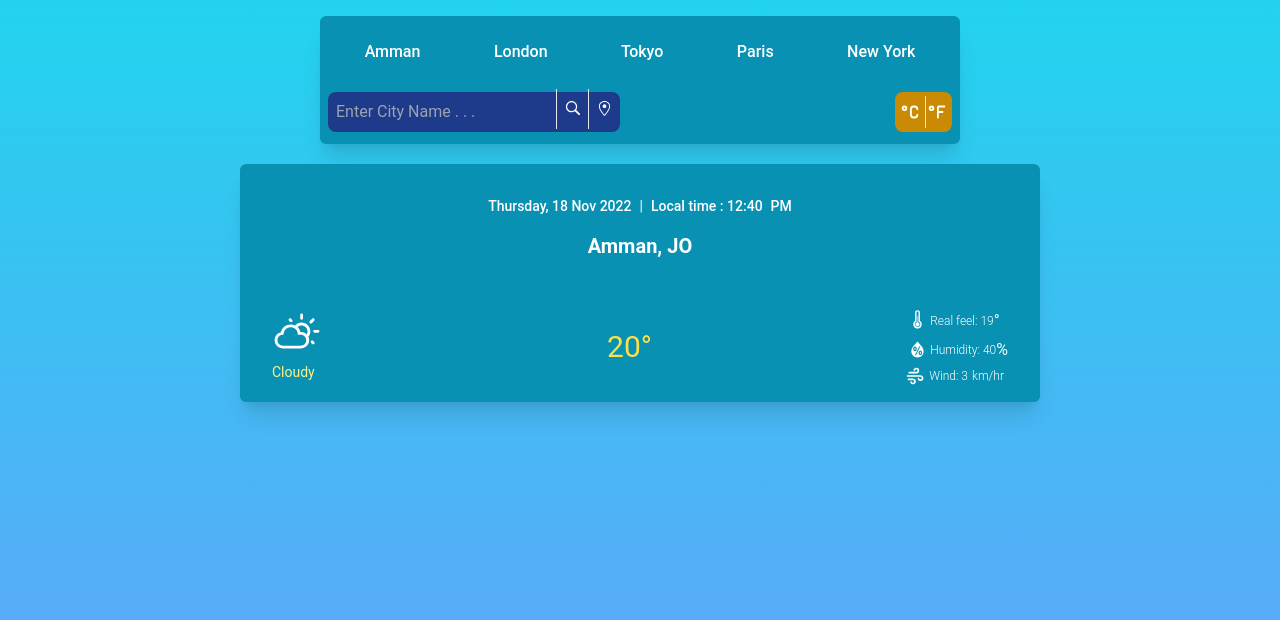
Repository: SaadYasin/next-js-forecast-tailwind
Page: /
An editor plug-in stored every save of this project. The page is shown before and after the next save, followed by the edit.
The browser window is 1280 px wide. The pictures show the whole page.
The project was rebuilt for these pictures with package versions that can differ from the ones it lists, and the page was loaded fresh each time. The framework's server and built-in components were replaced by stand-ins that run in the browser.

Above is the page before, as saved 2022-11-19 16:29:32.

### pages/index.js
import Head from 'next/head';
import TopButtons from '../components/TopButtons';
import Input from '../components/Input';
import MainCard from '../components/MainCard';

export default function Home() {
  return (
    <div>
      <Head>
        <title>Create Next App</title>
      </Head>
      <div className="bg-gradient-to-b from-cyan-400 to-blue-400 h-screen py-4">
        <div className="text-white w-[22.5rem] md:w-3/4 lg:w-[40rem] bg-cyan-600 h-32 mx-auto px-2 rounded-md shadow-xl">
          <TopButtons />

          <Input />

          <MainCard />
        </div>
      </div>
    </div>
  );
}

### styles/globals.css
@tailwind base;
@tailwind components;
@tailwind utilities;

* {
  padding: 0;
  margin: 0;
  box-sizing: border-box;
}

html,
body {
  /* font-family: -apple-system, BlinkMacSystemFont, Segoe UI, Roboto, Oxygen,
    Ubuntu, Cantarell, Fira Sans, Droid Sans, Helvetica Neue, sans-serif; */

  font-family: "Roboto", sans-serif;
}

### components/TopButtons.js
const TopButtons = () => {

  const cities = [
    {
      id: 1,
      name: "Amman"
    },
    {
      id: 2,
      name: "London"
    },
    {
      id: 3,
      name: "Tokyo"
    },
    {
      id: 4,
      name: "Paris"
    },
    {
      id: 5,
      name: "New York"
    },
  ]

  return (
    <div className="flex items-center justify-around ">
      { cities.map((city) => (
        <button key={city.id} className="text-md font-medium my-6">{ city.name }</button>
      ))}
    </div>

  )
};

export default TopButtons;

### components/Input.js
import { GoSearch, GoLocation } from 'react-icons/go';
import { TbTemperatureCelsius, TbTemperatureFahrenheit } from 'react-icons/tb';

const Input = () => {

  return (
    <div className="flex items-center justify-between mt-1">
      <form className="flex items-center rounded-lg bg-blue-900 h-10">
        <input type="text" placeholder="Enter city name . . ." className="bg-transparent focus:outline-none pl-2 capitalize"/>

        <div>
        <button className="px-2 border-l h-10 transition ease-out hover:bg-yellow-600"><GoSearch size={15}/></button>
        <button className="px-2 border-l h-10 transition ease-out hover:bg-yellow-600"><GoLocation size={15}/></button>
        </div>

        </form>

        <div className="flex font-medium text-md bg-yellow-600 h-10 rounded-lg p-1">
        <button  name="metric" className="border-r pr-1"><TbTemperatureCelsius size={22} /></button>
        <button name="imperial" ><TbTemperatureFahrenheit size={22}/></button>
        </div>
    </div>

  )
}

export default Input;

### components/MainCard.js
import Image from "next/image";

// Import components
import TimeAndDate from "./TimeAndDate";
import Location from "./Location";

// Import react icons
import {
  WiThermometer,
  WiHumidity,
  WiSunrise,
  WiSunset,
  WiDayCloudy,
} from "react-icons/wi";
import { TbArrowNarrowDown, TbArrowNarrowUp, TbWind } from "react-icons/tb";

const MainCard = () => {
  const statusURL = "https://openweathermap.org/img/wn/";

  return (
    <div className="flex flex-col items-center">
      <div className="text-white w-[22.5rem] md:w-3/4 lg:w-[50rem] bg-cyan-600 h-max-content py-4 mt-8 rounded-md shadow-xl">
        <TimeAndDate />
        <Location />

        {/* Card middle */}
        <div className="flex justify-between items-center mx-8 mt-12 md:gap-32 lg:gap-52">
          {/* Weather status and description */}
          <div>
            <WiDayCloudy size={50} />
            {/* <Image
                      src={`${statusURL}01d@2x.png`}
                      width={100}
                      height={100}
                      alt="icon"
                    /> */}
            <h3 className="text-sm text-yellow-200">Cloudy</h3>
          </div>

          {/* Current temperature */}
          <div>
            <h1 className="text-3xl text-yellow-300 ml-4 pl-4">
              20<span>&deg;</span>
            </h1>
          </div>

          {/* More weather data - wind speed, humidity, real feel */}
          <div className="flex flex-col items-start gap-1">
            <div className="flex items-center">
              <WiThermometer size={25} />
              <span className="text-xs font-light">Real feel: 19</span>
              <span>&deg;</span>
            </div>
            <div className="flex items-center">
              <WiHumidity size={25} />
              <span className="text-xs font-light">Humidity: 40</span>
              <span>%</span>
            </div>
            <div className="flex items-center">
              <TbWind size={20} />
              <span className="text-xs font-light ml-1">Wind: 3</span>
              <span className="text-xs font-light ml-1">km/hr</span>
            </div>
          </div>
        </div>
      </div>
    </div>
  );
};

export default MainCard;

### components/TimeAndDate.js
const TimeAndDate = () => {
  return (
    <div className="flex justify-center gap-2 px-2 pt-4 text-sm">
      <h3 className="font-medium">Thursday, 18 Nov 2022</h3>
      <p>|</p>
      <h3 className="font-medium">
        Local time : 12:40<span className="ml-2">PM</span>
      </h3>
    </div>
  );
};

export default TimeAndDate;

### components/Location.js
const Location = () => {

  return (
    <div>
      <h1 className="text-center mt-4 text-xl font-bold">Amman, JO</h1>
    </div>

  )
};

export default Location;

Loaded but not shown: pages/_app.js (common file); tailwind.config.js (common file)

After the next save:
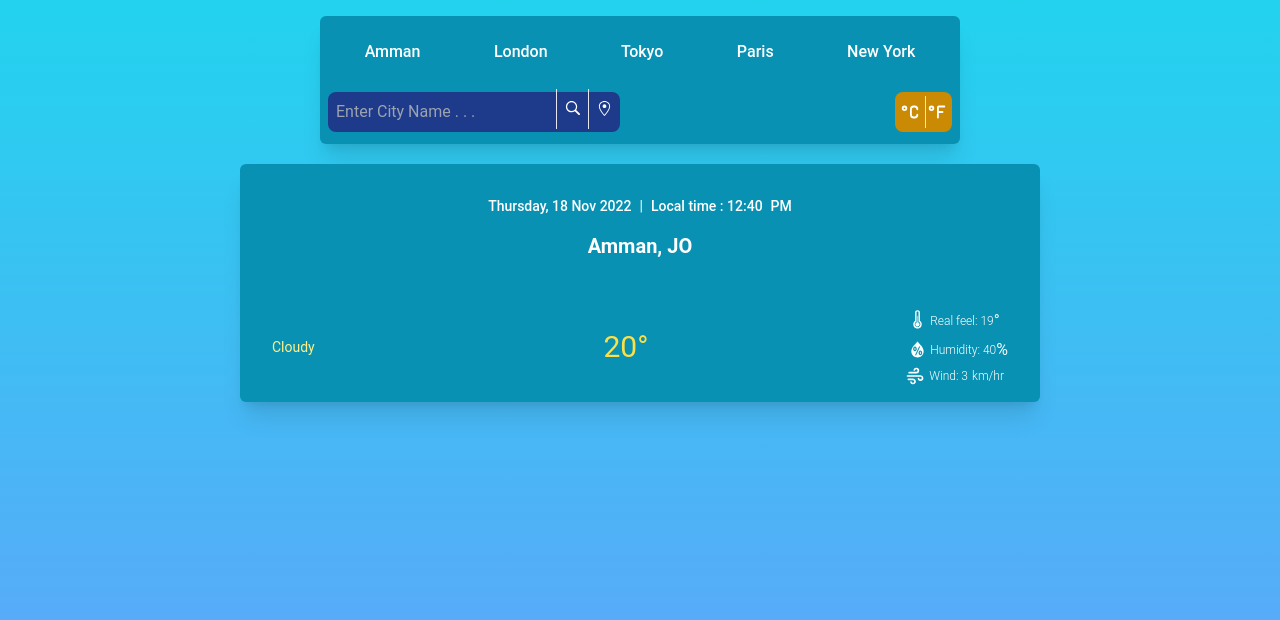
Saved 51 s later.
--- a/components/MainCard.js
+++ b/components/MainCard.js
@@ -27,7 +27,7 @@ const MainCard = () => {
         <div className="flex justify-between items-center mx-8 mt-12 md:gap-32 lg:gap-52">
           {/* Weather status and description */}
           <div>
-            <WiDayCloudy size={50} />
+            {/* <WiDayCloudy size={50} /> */}
             {/* <Image
                       src={`${statusURL}01d@2x.png`}
                       width={100}
